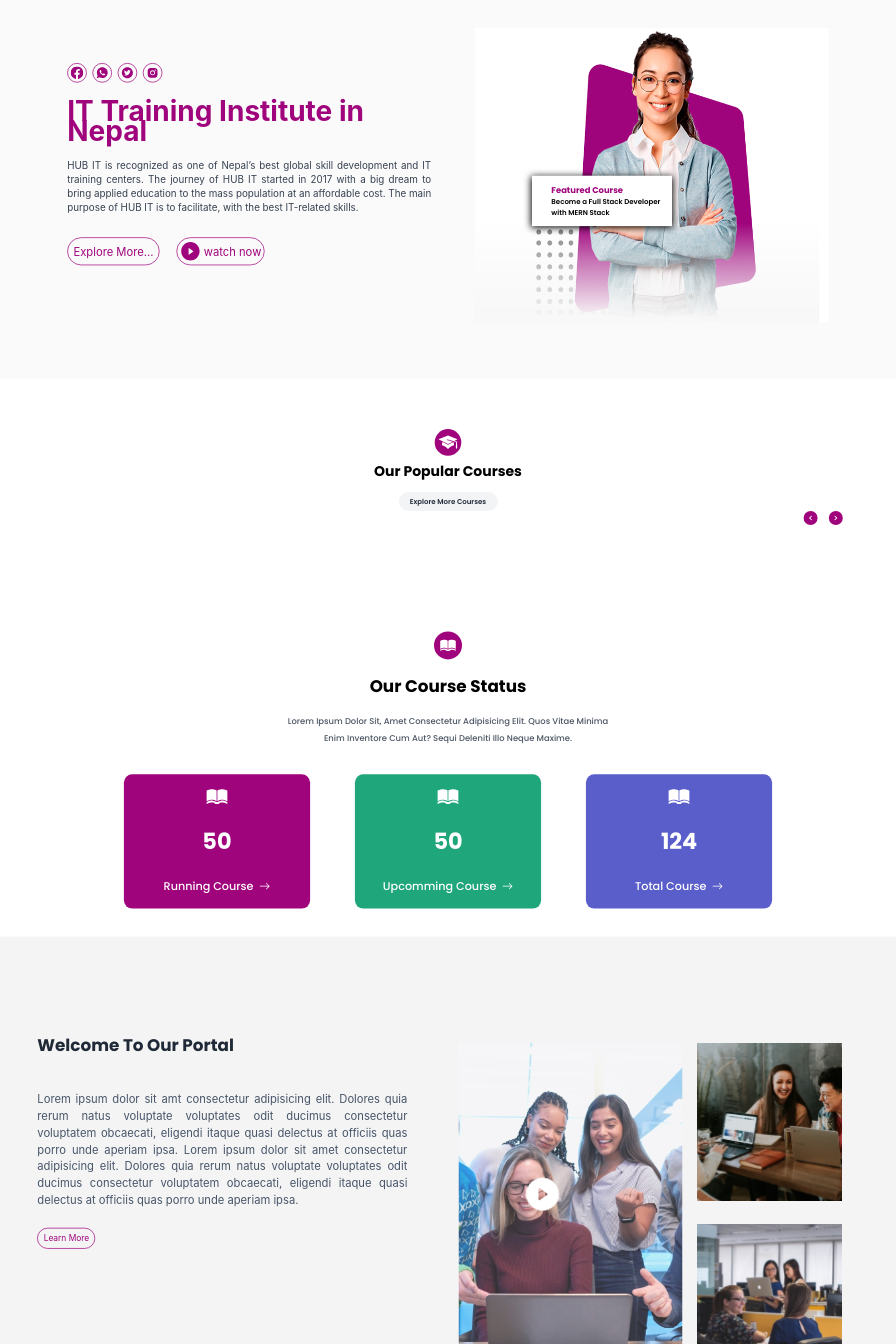
Repository: praveenmunagapati/hgllearnv2
Page: /HomePage
The author's editor kept a copy of each file at every save. The page is drawn from the files as they stood at one save, then again after the next save.
The browser window is 1280 px wide. The pictures show the part of the page from y = 0 to 1920 px (the page is 5002 px tall), at 70% of full size.
The page's requests for data from a server got no answer. The project was rebuilt for these pictures with package versions that can differ from the ones it lists, and the page was loaded fresh each time. The framework's server and built-in components were replaced by stand-ins that run in the browser. No one was signed in, and anything a server would have sent is missing. Also part of the build but not shown: next.config.js, components/PageComponent/HomePage/Companymoto/Moto.jsx.

Above is the page before, as saved 2023-02-19 14:01:24.

### pages/_app.js
import Analytics from "../components/SEO/Seo";
import "../styles/globals.css";
import "../styles/SCSS/master.scss";

function MyApp({ Component, pageProps }) {
  return <div>
    <Analytics />
    <Component {...pageProps} />
  </div>
}

export default MyApp;

### styles/globals.css
html,
body {
  padding: 0;
  margin: 0;
  font-family: -apple-system, BlinkMacSystemFont, Segoe UI, Roboto, Oxygen,
    Ubuntu, Cantarell, Fira Sans, Droid Sans, Helvetica Neue, sans-serif;
    scroll-behavior: smooth;
    box-sizing: border-box;
}

a {
  color: inherit;
  text-decoration: none;
}

* {
  box-sizing: border-box;
}

.info::-webkit-scrollbar{
  display: none;

}
.info{
  width: 20vw;

}
@tailwind base;
@tailwind components;
@tailwind utilities;

### styles/SCSS/master.scss
@import "./utils.scss";

### components/PageComponent/HomePage/PopularCourses/PopularCourses.jsx
import React, { useState, useEffect, useRef } from "react";
import { GiGraduateCap } from "react-icons/gi";
import Image from "next/image";
// import { MdOutlineKeyboardArrowRight } from "react-icons/md";
import Link from "next/link";
import { FaChevronLeft, FaChevronRight } from "react-icons/fa";
import { useRouter } from "next/router";
import axios from "axios";
function PopularCourses({ card, value }) {
  const router = useRouter();
  console.log(router);
  const [course, setCourse] = useState([]);

  const getCourse = () => {
    try {
      axios
        .get("https://hubitbackend-production.up.railway.app/course")
        .then((res) => {
          console.log(res);
          setCourse(res.data.data);
        })
        .catch((err) => {
          console.log(err);
        });
    } catch (error) {
      console.log(error);
    }
  };
  useEffect(() => {
    getCourse();
  }, []);
  let courseName = [];
  {
    course.map((val, i) => {
      courseName.push({
        id: val.id,
        course_name: val.course_name,
        course_category: val.course_category,
      });
      return (
        <div key={i}>
          {val.course_name},{val.course_category}
        </div>
      );
    });
  }
  console.log(courseName);
  const options = [
    {
      id: "0",
      course_name: "choose any course name",
      apikey: "course_names",
    },
    {
      id: "1",
      course_category: "choose course category",
      apikey: "course_categories",
    },
    ...courseName,
  ];

  const color = (category) => {
    switch (category) {
      case "programming":
        return "text-blue-500";
      case "account & finance":
        return "text-green-600";
      case "Basic Computer":
        return "text-[#a0047d]";
      case "Graphic Designing":
        return "text-orange-500";
      case "default":
        return "text-black";
    }
  };
  const [slide, setSlide] = useState(false);
  let currentPageRef = useRef(0);

  const [counter, setCounter] = useState(1);
  const [pagination, setPagination] = useState(
    value === "onlyTag"
      ? {
          // start: 0,
          end: 4,
        }
      : {
          // start: 0,
          end: 8,
          pageCount: [],
        }
  );

  // logic starts for slicing card for dynamic numbers
  let EndValue = counter * pagination.end;
  let StartValue = EndValue - pagination.end;
  // perPageChange
  let PageChange = Math.ceil(card.length / pagination.end);
  // setCounter ko increment and decrement login implementation

  const prev = () => {
    // console.log(StartValue, EndValue, counter, card);
    let counterDecrement = counter > 1 ? counter - 1 : PageChange;
    setCounter(counterDecrement);
    value === "onlyTag"
      ? (currentPageRef.current.style.animation = "prevPage 1s forwards")
      : "";
  };
  const next = () => {
    // console.log(StartValue, EndValue, counter, card.length);
    let counterIncrement = counter < PageChange ? counter + 1 : 1;
    setCounter(counterIncrement);
    value === "onlyTag"
      ? (currentPageRef.current.style.animation = "nextPage 1s forwards")
      : "";
  };

  const HandleMultipleLoopPerClick = () => {
    for (let i = 1; i <= PageChange; i++) {
      pagination.pageCount.push(i);
    }
  };
  const handleClick = (val) => {
    setCounter(val);
  };

  useEffect(() => {
    let interval = setTimeout(() => {
      if (value === "onlyTag") {
        currentPageRef.current.style.animation = "nextpage .5s forwards";
        next();
      }
    }, 3000);
    return () => clearTimeout(interval);
  });

  return (
    <div>
      <div className="flex flex-col justify-between  px-4 md:px-8 lg:px-12 xl:px-14 xxl:px-16">
        {value === "onlyTag" ? (
          <div className=" flex flex-col justify-between items-center">
            {" "}
            <div className="bg-main rounded-full mt-10 p-1">
              <GiGraduateCap className="text-2xl xl:text-3xl xxl:text-4xl text-white" />
            </div>
            <div className="text-lg xl:text-xl xxl:text-2xl my-2 capitalize Poppins font-bold">
              our popular courses
            </div>
            <div className="capitalize Poppins  bg-gray-100 font-semibold px-4 py-1.5 mt-2  rounded-full text-[8px] xl:text-[10px] xxl:text-xs  text-gray-800 cursor-pointer">
              explore more courses
            </div>
          </div>
        ) : value === "courses" ? (
          <div>
            <div
              className="text-xl  flex  justify-center items-center
             xl:text-2xl xxl:text-3xl my-2 capitalize Poppins font-bold"
            >
              <h2>our popular courses</h2>
            </div>
            <div className="   md:grid lg:grid  xl:grid xxl:grid  grid-cols-12 gap-16  mt-7 md:mt-14  mb-4 md:mb-7">
              <div className="md:flex lg:flex xl:flex xxl:flex  items-center gap-16 my-8 col-span-9 ">
                <div className="w-full ">
                  <select className=" px-6 py-2 outline-none text-gray-600 capitalize  w-full border-b-2 border-main  bg-[#EEEAEA]  rounded-sm">
                    {options.map((val, i) => {
                      console.log(val);
                      return <option key={i}>{val.course_name}</option>;
                    })}
                  </select>
                </div>
                <div className="w-full my-6 ">
                  <div className="w-full">
                    <select className=" px-6 py-2 outline-none text-gray-600 capitalize  w-full border-b-2 border-main  bg-[#EEEAEA]  rounded-sm">
                      {options.map((val, i) => {
                        console.log(val);
                        return <option key={i}>{val.course_category}</option>;
                      })}
                    </select>
                  </div>
                </div>
              </div>
              <div className="col-span-3  flex items-center text-white Poppins font-semibold">
                <button className=" w-auto p-2 bg-[#C7189F]  capitalize rounded-md items-center justify-center ">
                  search course
                </button>
                {/* <div className="  h-10 w-20 flex justify-center items-center border-main bg-main border">
                  <MdOutlineKeyboardArrowRight className="h-6 w-6" />
                </div> */}
              </div>
            </div>
          </div>
        ) : (
          ""
        )}
        {value === "onlyTag" ? (
          <div className="flex px-5  justify-end gap-2 ">
            <div>
              <FaChevronLeft
                onClick={() => {
                  prev();
                }}
                color="white"
                className="w-5 h-5 md:h-6 md:w-6 xxl:h-6 xxl:w-6  p-1.5 flex items-center justify-center
                  bg-main rounded-full mr-2 hover:cursor-pointer"
              />
            </div>
            <div>
              <FaChevronRight
                onClick={() => {
                  next();
                }}
                color="white"
                className="w-5 h-5 md:h-6 md:w-6 xxl:h-6 xxl:w-6 p-1.5  flex items-center justify-center  bg-main rounded-full hover:cursor-pointer"
              />
            </div>
          </div>
        ) : (
          ""
        )}

        {value === "onlyTag" ? (
          <div
            onAnimationEnd={() => {
              if (currentPageRef.current) {
                currentPageRef.current.style.animation = "";
              }
            }}
            ref={currentPageRef}
            className={` grid grid-cols-1 mt-8 md:mb-8   sm:grid-cols-2 md:grid-cols-3 lg:grid-cols-4
         xl:grid-cols-4 xxl:grid-cols-4 gap-5 w-full`}
          >
            {card?.slice(StartValue, EndValue)?.map((val, i) => {
              return (
                <Link
                  key={i}
                  href={{
                    pathname: `/OurCourses/${val._id}`,
                    query: { image: val.image, description: val.description },
                  }}
                >
                  <div
                    className={`shadow-lg h-fit  pb-4 w-full
                overflow-hidden rounded-md shadow-gray-400 flex flex-col justify-centre  cursor-pointer`}
                  >
                    <div className="h-60 w-80 relative">
                      <Image
                        src={val.image}
                        alt={"images"}
                        placeholder="blur"
                        blurDataURL={val.image}
                        objectFit="cover"
                        objectPosition="top"
                        layout="fill"
                        className=" "
                      />
                      {/* <image
                      src={val.image}
                      alt={val.course_name}
                      height="200"
                      width={200}
                    /> */}
                    </div>
                    <div className="flex h-2/6 items-center pt-2">
                      <div className="px-2 Poppins capitalize h-max">
                        <div
                          className={`py-1 xs:py-2 ${color(
                            val.course_category
                          )} text-[9px] xl:text-[11px] xxl:text-sm font-semibold`}
                        >
                          {val.course_category}
                        </div>
                        <div className="font-semibold w-full h-max line-clamp-2 text-xs xl:text-sm xxl:text-base ">
                          {val.course_name}
                        </div>
                        <div className="py-1 xs:py-2">
                          <span className="text-gray-500 text-[9px] xl:text-[11px] xxl:text-sm">
                            Duration :
                          </span>
                          <span className="text-[9px] xl:text-[11px] xxl:text-sm mx-1">
                            {val.duration}
                          </span>
                        </div>
                        {/* <div className="line-clamp-2 pt-3  ">
                        {val.description}
                      </div> */}
                      </div>
                    </div>
                  </div>
                </Link>
              );
            })}
          </div>
        ) : (
          <div
            className="grid grid-cols-1 mt-8 md:mb-8 sm:grid-cols-2 md:grid-cols-3 lg:grid-cols-4
       xl:grid-cols-4 xxl:grid-cols-4 gap-5 w-full"
          >
            {card?.slice(StartValue, EndValue).map((val, i) => {
              return (
                <Link
                  key={i}
                  href={{
                    pathname: `/OurCourses/${val._id}`,
                    query: { image: val.image, description: val.description },
                  }}
                >
                  <div
                    className="shadow-lg h-fit  pb-4 w-full
              overflow-hidden rounded-md shadow-gray-400 flex flex-col justify-centre  cursor-pointer"
                  >
                    <div className="h-60 w-80 relative">
                      {val.image ? (
                        <Image
                          src={val.image}
                          alt={"images"}
                          placeholder="blur"
                          blurDataURL={val.image}
                          objectFit="cover"
                          objectPosition="top"
                          layout="fill"
                          className=" "
                        />
                      ) : (
                        <Image
                          src={val.image}
                          alt={val.course_name}
                          height="200"
                          width={200}
                        />
                      )}
                    </div>
                    <div className="flex h-2/6 items-center pt-2">
                      <div className="px-2 Poppins capitalize h-max">
                        <div
                          className={`py-1 xs:py-2 ${color(
                            val.course_category
                          )} text-[9px] xl:text-[11px] xxl:text-sm font-semibold`}
                        >
                          {val.course_category}
                        </div>
                        <div className="font-semibold w-full h-max line-clamp-2 text-xs xl:text-sm xxl:text-base ">
                          {val.course_name}
                        </div>
                        <div className="py-1 xs:py-2">
                          <span className="text-gray-500 text-[9px] xl:text-[11px] xxl:text-sm">
                            Duration :
                          </span>
                          <span className="text-[9px] xl:text-[11px] xxl:text-sm mx-1">
                            {val.duration}
                          </span>
                        </div>
                        {/* <div className="line-clamp-2 pt-3  ">
                      {val.description}
                    </div> */}
                      </div>
                    </div>
                  </div>
                </Link>
              );
            })}
          </div>
        )}
      </div>
      {value === "courses" ? (
        <div className=" flex gap-3 px-16 my-8">
          {pagination.pageCount.length === 0 && HandleMultipleLoopPerClick()}
          <div
            className=" px-4 py-2  flex items-center justify-center  bg-gray-300  hover:cursor-pointer"
            onClick={() => prev()}
          >
            <FaChevronLeft className="w-5 h-5  text-white" />
          </div>
          <div className="flex gap-3">
            {pagination.pageCount.map((val, i) => {
              return (
                <div
                  onClick={() => handleClick(val)}
                  key={i}
                  className={` w-14  h-14 flex items-center hover:bg-main hover:text-white text-lg ${
                    counter === val ? "bg-main text-white" : " bg-gray-200 "
                  } justify-center   hover:cursor-pointer`}
                >
                  {val}
                </div>
              );
            })}
          </div>
          <div
            onClick={() => next()}
            className=" px-4 py-2  flex items-center justify-center  bg-gray-300 text-white  hover:cursor-pointer"
          >
            <FaChevronRight className="w-5 h-5  text-white" />
          </div>
        </div>
      ) : (
        ""
      )}
    </div>
  );
}

export default PopularCourses;

### components/PageComponent/AboutPage/OurAchivements/AchivementsCard.jsx
import React from "react";
import Image from "next/image";

function AchivementsCard({ image, name, from, date }) {
  return (
    <div
      className="
    transition-all cursor-pointer duration-300 ease-linear  w-fit
      pb-5 rounded-lg"
    >
      <div className="w-60 h-52 ">
        <Image
          src={image}
          height={45}
          width={60}
          alt="Loading ..."
          layout="responsive"
          objectFit="cover"
          placeholder="blur"
          blurDataURL={image}
          className="borderRadiusTop  "
        />
      </div>
      <div className=" px-4  flex flex-col items-center justify-center my-6  ">
        <div className="Poppins capitalize font-medium text-gray-800 text-[16px]">
          {name}
        </div>
        <div className="text-gray-600 font-medium text-[14px]">
          From: {from}
        </div>
        <div className="text-gray-500 font-regular capitalize text-[12px]">
          {date}
        </div>
      </div>
    </div>
  );
}

export default AchivementsCard;

### components/PageComponent/HomePage/SuccessStories/SuccessStudentCard.jsx
import React from "react";
import Image from "next/image";

function SuccessStudentCard({ image, placement, as, name, position }) {
  return (
    <div
      className="shadow-xl shadow-gray-400 hover:scale-105 transition-all
    cursor-pointer duration-300 ease-linear  w-fit   capitalize pb-5 rounded-md"
    >
      <div className="w-56">
        <Image
          src={image}
          height={85}
          width={100}
          alt="Loading ..."
          layout="responsive"
          objectFit="cover"
          placeholder="blur"
          blurDataURL={image}
          className="borderRadiusTop"
        />
      </div>
      <div className="px-2 relative ">
        <div
          className="text-white text-[10px] bg-[#0468A0] capitalize  absolute  -top-3
        rounded-sm px-1 py-1 w-fit"
        >
          {position}
        </div>
        <div className=" Poppins text-sm capitalize  pt-6">{placement}</div>
        <div className=" w-full h-0.5 bg-gray-100 my-3"></div>

        <div className=" Poppins text-[11px] flex justify-between">
          <div className="text-gray-600">{name}</div>
          <div className="text-main">{as}</div>
        </div>
      </div>
    </div>
  );
}

export default SuccessStudentCard;

Loaded but not shown: components/PageComponent/HomePage/WhyHub/whyHub.js (89 lines, source omitted); components/PageComponent/HomePage/PlacementPartners/placementPartners.js (43 lines, source omitted); tailwind.config.js (45 lines, source omitted); components/Navigation/Navitem/findusicon.js (17 lines, source omitted); components/SEO/Seo.js (25 lines, source omitted); components/Navigation/Navitem/iconitem.js (13 lines, source omitted); styles/SCSS/utils.scss (460 lines, source omitted); components/PageComponent/AboutPage/What ClientsSays/WhatClientsSays.jsx (204 lines, source omitted); pages/HomePage/index.jsx (147 lines, source omitted); components/PageComponent/HomePage/LetsCallSection/CallSection.jsx (133 lines, source omitted); components/PageComponent/HomePage/WelcomePortal/WelcomePortal.jsx (110 lines, source omitted); pages/HomePage/Home.jsx (95 lines, source omitted); components/PageComponent/AboutPage/What ClientsSays/TabComponents/Regular.jsx (65 lines, source omitted); components/PageComponent/AboutPage/OurAchivements/OurAchievements.jsx (80 lines, source omitted); components/PageComponent/HomePage/SuccessStories/SuccessStories.jsx (71 lines, source omitted); components/PageComponent/HomePage/courseStatus.jsx/CourseStatus.jsx (62 lines, source omitted); components/PageComponent/HomePage/FindUsOn/finUsOn.jsx (37 lines, source omitted)

After the next save:
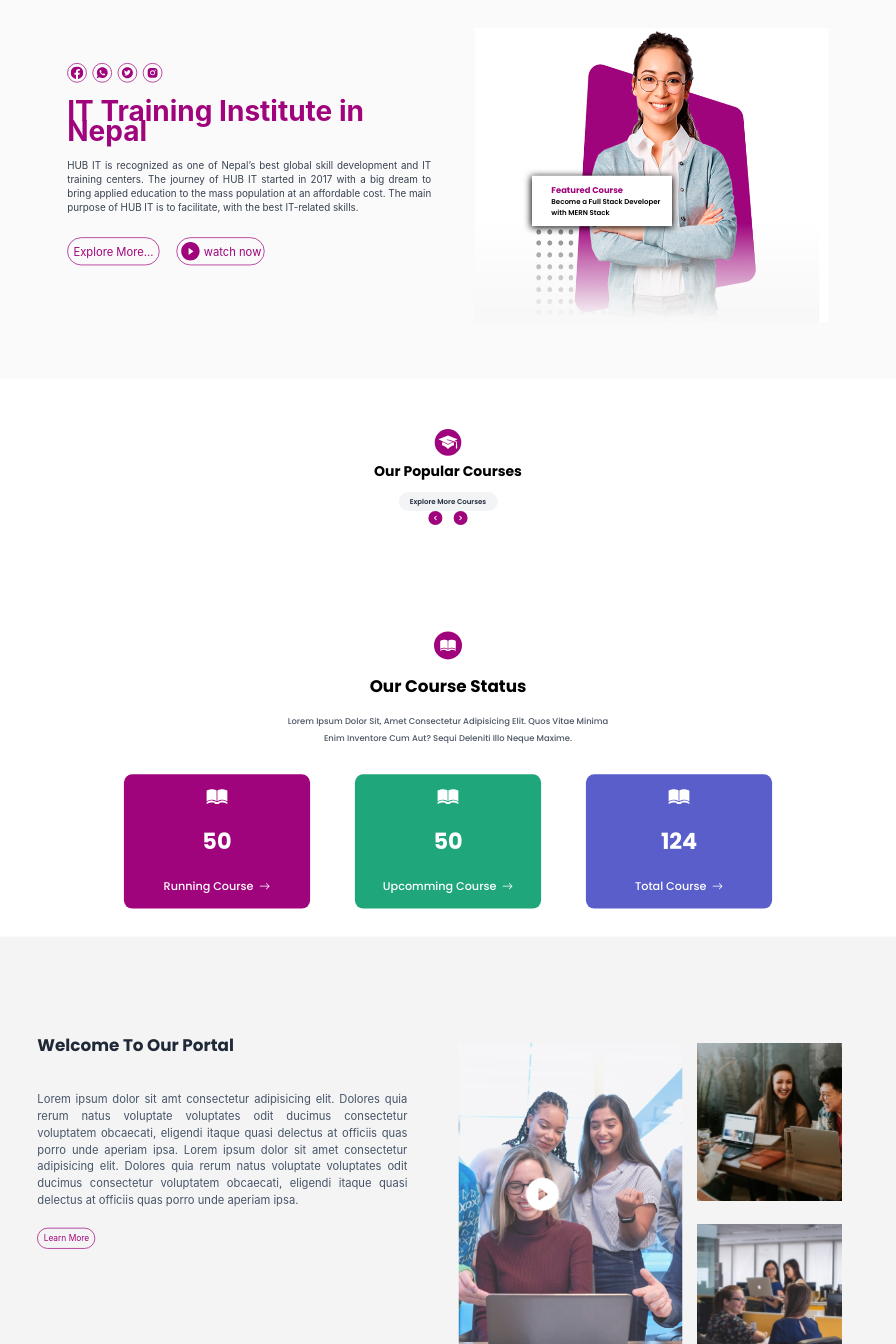
Saved 13 min 30 s later.
--- a/components/PageComponent/HomePage/PopularCourses/PopularCourses.jsx
+++ b/components/PageComponent/HomePage/PopularCourses/PopularCourses.jsx
@@ -14,7 +14,7 @@
   const getCourse = () => {
     try {
       axios
-        .get("https://hubitbackend-production.up.railway.app/course")
+        .get("https://hubitbackend.onrender.com/course")
         .then((res) => {
           console.log(res);
           setCourse(res.data.data);
@@ -188,11 +188,12 @@
               </div>
             </div>
           </div>
+
         ) : (
           ""
         )}
         {value === "onlyTag" ? (
-          <div className="flex px-5  justify-end gap-2 ">
+          <div className="flex px-5 justify-center  gap-2  ">
             <div>
               <FaChevronLeft
                 onClick={() => {
@@ -234,7 +235,7 @@
                   key={i}
                   href={{
                     pathname: `/OurCourses/${val._id}`,
-                    query: { image: val.image, description: val.description },
+                    query: { image: `https://hubitbackend.onrender.com/${val.image}`, description: val.description },
                   }}
                 >
                   <div
@@ -243,7 +244,7 @@
                   >
                     <div className="h-60 w-80 relative">
                       <Image
-                        src={val.image}
+                        src={`https://hubitbackend.onrender.com/${val.image}`}
                         alt={"images"}
                         placeholder="blur"
                         blurDataURL={val.image}
@@ -300,7 +301,7 @@
                   key={i}
                   href={{
                     pathname: `/OurCourses/${val._id}`,
-                    query: { image: val.image, description: val.description },
+                    query: { image: `https://hubitbackend.onrender.com/${val.image}`, description: val.description },
                   }}
                 >
                   <div
@@ -310,7 +311,7 @@
                     <div className="h-60 w-80 relative">
                       {val.image ? (
                         <Image
-                          src={val.image}
+                          src={`https://hubitbackend.onrender.com/${val.image}`}
                           alt={"images"}
                           placeholder="blur"
                           blurDataURL={val.image}
@@ -321,7 +322,7 @@
                         />
                       ) : (
                         <Image
-                          src={val.image}
+                          src={`https://hubitbackend.onrender.com${val.image}`}
                           alt={val.course_name}
                           height="200"
                           width={200}
@@ -386,7 +387,7 @@
           </div>
           <div
             onClick={() => next()}
-            className=" px-4 py-2  flex items-center justify-center  bg-gray-300 text-white  hover:cursor-pointer"
+            className=" px-2 py-2  flex items-center justify-center  bg-gray-300 text-white  hover:cursor-pointer"
           >
             <FaChevronRight className="w-5 h-5  text-white" />
           </div>
